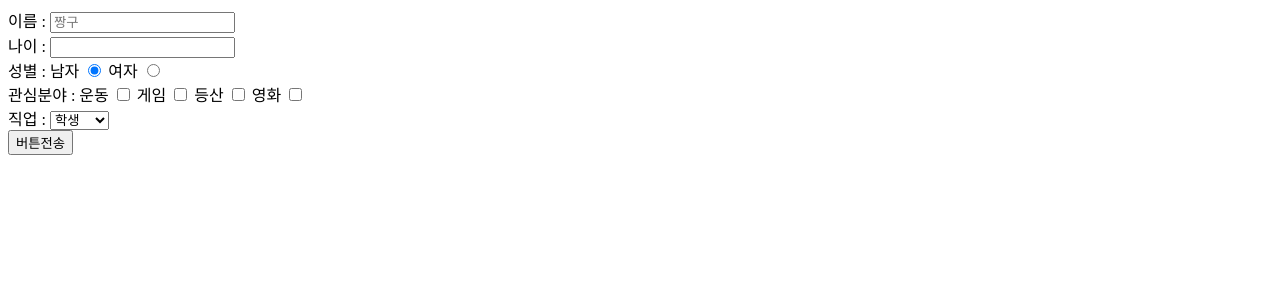
Repository: LEENYAMNYAM/JSP
Page: http://localhost/JSP_Project/exam/forminput_jquery.jsp
The author's editor kept a copy of each file at every save. The page is drawn from the files as they stood at one save, then again after the next save.
The browser window is 1280 px wide. The pictures show the whole page.
The page is served by Tomcat 9. Other server files are loaded and not shown.

Above is the page before, as saved 2025-02-27 06:23:08.

### JSP_Project/src/main/webapp/exam/forminput_jquery.jsp
<%@ page language="java" contentType="text/html; charset=UTF-8"
    pageEncoding="UTF-8"%>
<!DOCTYPE html>
<html>
<head>
<meta charset="UTF-8">
<title>FORM EXAM</title>
<script>
function check(){
	//이름, 나이가 비어 있는 지 확인해서 비어있지 않으면 server로 전송
	if(document.getElementById("name").value==""){
		alert("이름 입력")
		return;
	}
	if(document.getElementById("age").value==""){
		alert("나이 입력")
		return;
	}

	//관심분야 선택을 안하면 선택메세지 alert

	var chk_ob = document.getElementsByName("hobby");
	var chk_flag = false;		//false 이면 취미가 하나도 선택안됨.

	//for문 사용
	/* 	for (i=0; i<chk_ob.length; i++){
		if(chk_ob[i].checked){
			chk_flag=true;  	//true 이면 취미가 1개이상 선택됨.
		}
	} */
	//for-each문 사용
	chk_ob.forEach(f=>{
		if(f.checked){
			chk_flag=true
		}
	});

	if(!chk_flag){
		alert("관심분야 선택")
		return;
	}

	document.getElementById("frm").submit();

}

</script>
</head>
<body>

<form action="formResult.jsp" method="get" id="frm">
이름 : <input type="text" id="name" name="name" placeholder="짱구"></br>
나이 : <input type="number" id="age" name="age"></br>
성별 : <label for="m">남자</label>
	  <input type="radio" name="gender" id="m" value="남자" checked>
	  <label for="w">여자</label>
	  <input type="radio" name="gender" id="w" value="여자" ></br>
관심분야 : <label for="h1">운동</label>
		 <input type="checkbox" name="hobby" id="h1" value="운동">
		 <label for="h2">게임</label>
		 <input type="checkbox" name="hobby" id="h2" value="게임">
		 <label for="h3">등산</label>
		 <input type="checkbox" name="hobby" id="h3" value="등산">
		 <label for="h4">영화</label>
		 <input type="checkbox" name="hobby" id="h4" value="영화"></br>
직업 : <select name="job" id="job">
	  	<option>학생</option>    <!-- value 지정안하면 입력한 값이 전달됨. -->
	  	<option value="공무원">공무원</option>
	  	<option value="회사원">회사원</option>
	  	<option value="기타">기타</option>
	  </select> </br>

<input type="button" value="버튼전송" onclick="check()"/>



</form>

</body>
</html>

After the next save:
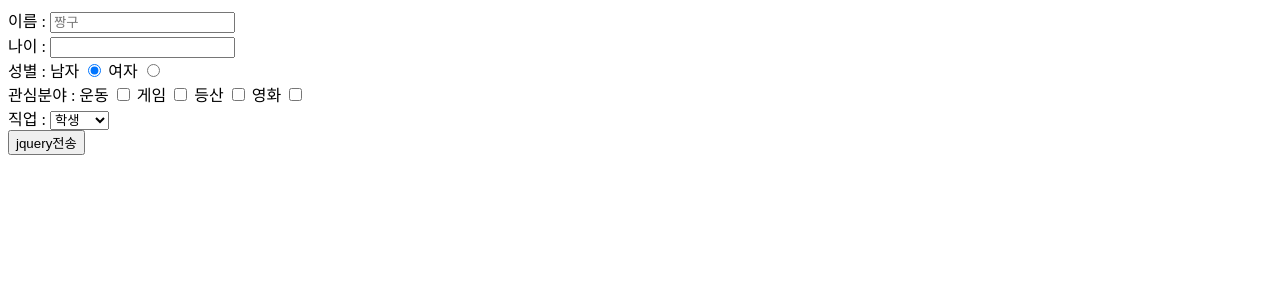
Saved 4 min 15 s later.
--- a/JSP_Project/src/main/webapp/exam/forminput_jquery.jsp
+++ b/JSP_Project/src/main/webapp/exam/forminput_jquery.jsp
@@ -5,46 +5,28 @@
 <head>
 <meta charset="UTF-8">
 <title>FORM EXAM</title>
+<script src="https://code.jquery.com/jquery-3.7.1.min.js"
+integrity="sha256-/JqT3SQfawRcv/BIHPThkBvs0OEvtFFmqPF/lYI/Cxo="
+crossorigin="anonymous"></script>
+
 <script>
-function check(){
-	//이름, 나이가 비어 있는 지 확인해서 비어있지 않으면 server로 전송
-	if(document.getElementById("name").value==""){
-		alert("이름 입력")
-		return;
-	}
-	if(document.getElementById("age").value==""){
-		alert("나이 입력")
-		return;
-	}
+$(function(){
+	$("#btn").click(function(){
+		//이름, 나이 체크
+		if($("name").val()==""){
+			alert("이름입력")
+			return;
+		}
+		if($("age").val()==""){
+			alert("나이입력")
+			return;
+		}
 
-	//관심분야 선택을 안하면 선택메세지 alert
-
-	var chk_ob = document.getElementsByName("hobby");
-	var chk_flag = false;		//false 이면 취미가 하나도 선택안됨.
-
-	//for문 사용
-	/* 	for (i=0; i<chk_ob.length; i++){
-		if(chk_ob[i].checked){
-			chk_flag=true;  	//true 이면 취미가 1개이상 선택됨.
-		}
-	} */
-	//for-each문 사용
-	chk_ob.forEach(f=>{
-		if(f.checked){
-			chk_flag=true
-		}
-	});
-
-	if(!chk_flag){
-		alert("관심분야 선택")
-		return;
-	}
-
-	document.getElementById("frm").submit();
-
-}
+	})
+})
 
 </script>
+
 </head>
 <body>
 
@@ -70,7 +52,7 @@ function check(){
 	  	<option value="기타">기타</option>
 	  </select> </br>
 
-<input type="button" value="버튼전송" onclick="check()"/>
+<input type="button" value="jquery전송"/>
 
 
 
